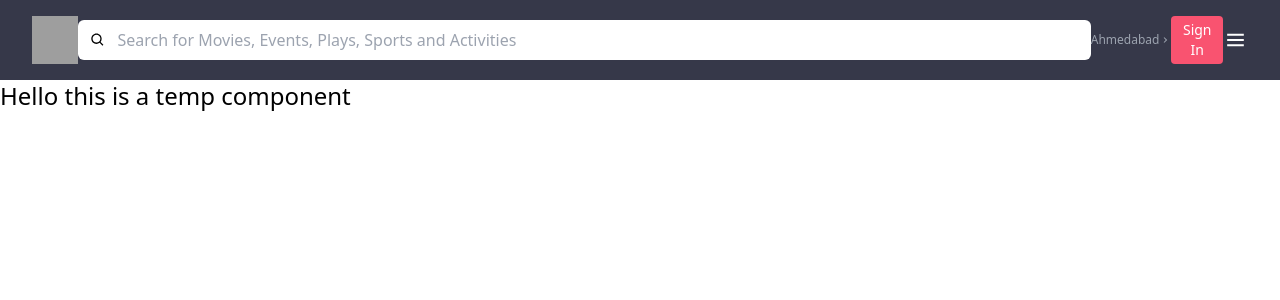
Repository: srush-shah/book-my-show-clone
Page: /
The author's editor kept a copy of each file at every save. The page is drawn from the files as they stood at one save, then again after a run of saves.
The browser window is 1280 px wide. The pictures show the whole page.
Pictures or frames that could not be fetched are drawn as grey boxes. The project was rebuilt for these pictures with package versions that can differ from the ones it lists, and the page was loaded fresh each time.

Above is the page before, as saved 2022-11-23 02:32:58.

### src/App.jsx
import DefaultHOC from "./HOC/Default.HOC";
import Temp from "./components/temp";

function App() {
  return (
    <>
      <DefaultHOC path="/" exact element={<Temp />} />
    </>
  );
}

export default App;

### src/HOC/Default.HOC.jsx
import React from "react";
import { Route, Routes } from "react-router-dom";
import DefaultLayout from "../layouts/Default.layout";

const DefaultHOC = ({ element: Element, ...rest }) => {
  return (
    <>
      <Routes>
        <Route {...rest} exact element={<DefaultLayout element={Element} />} />
      </Routes>
    </>
  );
};

export default DefaultHOC;

### src/components/temp.jsx
import React from "react";

function Temp() {
  return (
    <>
      <h1 className="text-2xl">Hello this is a temp component</h1>
    </>
  );
}

export default Temp;

### src/layouts/Default.layout.jsx
import React from "react";

//Components
import Navbar from "../components/Navbar/navbar.component";

const DefaultLayout = ({ element: Element, ...props }) => {
  return (
    <>
      <Navbar />
      {Element}
    </>
  );
};

export default DefaultLayout;

### src/components/Navbar/navbar.component.jsx
import React from "react";
import { BiChevronRight, BiSearch, BiMenu } from "react-icons/bi";

const NavSm = () => {
  return (
    <>
      <div className="text-white flex items-center justify-between">
        <div>
          <h3 className="text-xl font-bold">It All Starts Here!</h3>
          <span className="text-gray-400 text-xs flex items-center">
            Ahmedabad <BiChevronRight />
          </span>
        </div>
        <div className="w-8 h-8">
          <BiSearch className="w-full h-full" />
        </div>
      </div>
    </>
  );
};
const NavMd = () => {
  return (
    <div className="w-full flex items-center gap-3 bg-white py-2 px-3 rounded-md">
      <BiSearch />
      <input
        type="search"
        className="w-full bg-transparent border-none focus:outline-none"
        placeholder="Search for Movies, Events, Plays, Sports and Activities"
      />
    </div>
  );
};
const NavLg = () => {
  return (
    <>
      <div className="container mx-auto px-4 flex items-center">
        <div className="flex items-center w-full">
          <div className="w-12 h-12">
            <img
              src="https://i.ibb.co/zPBYW3H/imgbin-bookmyshow-office-android-ticket-png.png"
              alt="logo"
              className="w-full h-full"
            />
          </div>
          <div className="w-full flex items-center gap-3 bg-white py-2 px-3 rounded-md">
            <BiSearch />
            <input
              type="search"
              className="w-full bg-transparent border-none focus:outline-none"
              placeholder="Search for Movies, Events, Plays, Sports and Activities"
            />
          </div>
        </div>
        <div className="flex items-center">
          <span className="text-gray-400 text-xs flex items-center">
            Ahmedabad <BiChevronRight />
          </span>
          <button className="bg-bmsRed-300 text-white px-2 py-1 text-sm rounded">
            Sign In
          </button>
          <div className="w-8 h-8 text-white">
            <BiMenu className="w-full h-full" />
          </div>
        </div>
      </div>
    </>
  );
};

const Navbar = () => {
  return (
    <>
      <nav className="bg-bms-700 p-4">
        <div className="md:hidden">
          <NavSm />
        </div>
        <div className="hidden md:flex lg:hidden">
          <NavMd />
        </div>
        <div className="hidden lg:flex">
          <NavLg />
        </div>
      </nav>
    </>
  );
};

export default Navbar;

### tailwind.config.js
/** @type {import('tailwindcss').Config} */
module.exports = {
  content: ["./src/**/*.{html,js,jsx}"],
  theme: {
    extend: {
      colors: {
        bms: {
          50: "#edf1fc",
          100: "#d3d4e1",
          200: "#b6b8c9",
          300: "#989bb2",
          400: "#7c7f9b",
          500: "#636582",
          600: "#4c4f66",
          700: "#363849",
          800: "#21222e",
          900: "#0a0a16",
        },
        bmsRed: {
          50: "#ffe3eb",
          100: "#ffb3c2",
          200: "#fb8399",
          300: "#f95370",
          400: "#f62448",
          500: "#dc0d2f",
          600: "#ac0624",
          700: "#7c031a",
          800: "#4c000e",
          900: "#1f0003",
        },
      },
    },
  },
  plugins: [],
};

Loaded but not shown: public/index.html (common file); src/index.jsx (common file); src/index.css (common file)

After the next 2 saves:
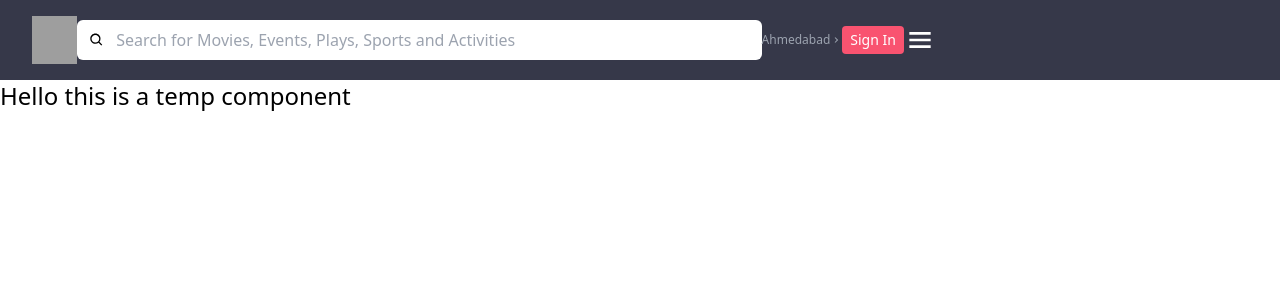
The 2 saves are shown as one change because they came seconds apart.
The last was saved 40 s later.
--- a/src/components/Navbar/navbar.component.jsx
+++ b/src/components/Navbar/navbar.component.jsx
@@ -34,7 +34,7 @@ const NavLg = () => {
   return (
     <>
       <div className="container mx-auto px-4 flex items-center">
-        <div className="flex items-center w-full">
+        <div className="flex items-center w-3/5">
           <div className="w-12 h-12">
             <img
               src="https://i.ibb.co/zPBYW3H/imgbin-bookmyshow-office-android-ticket-png.png"
